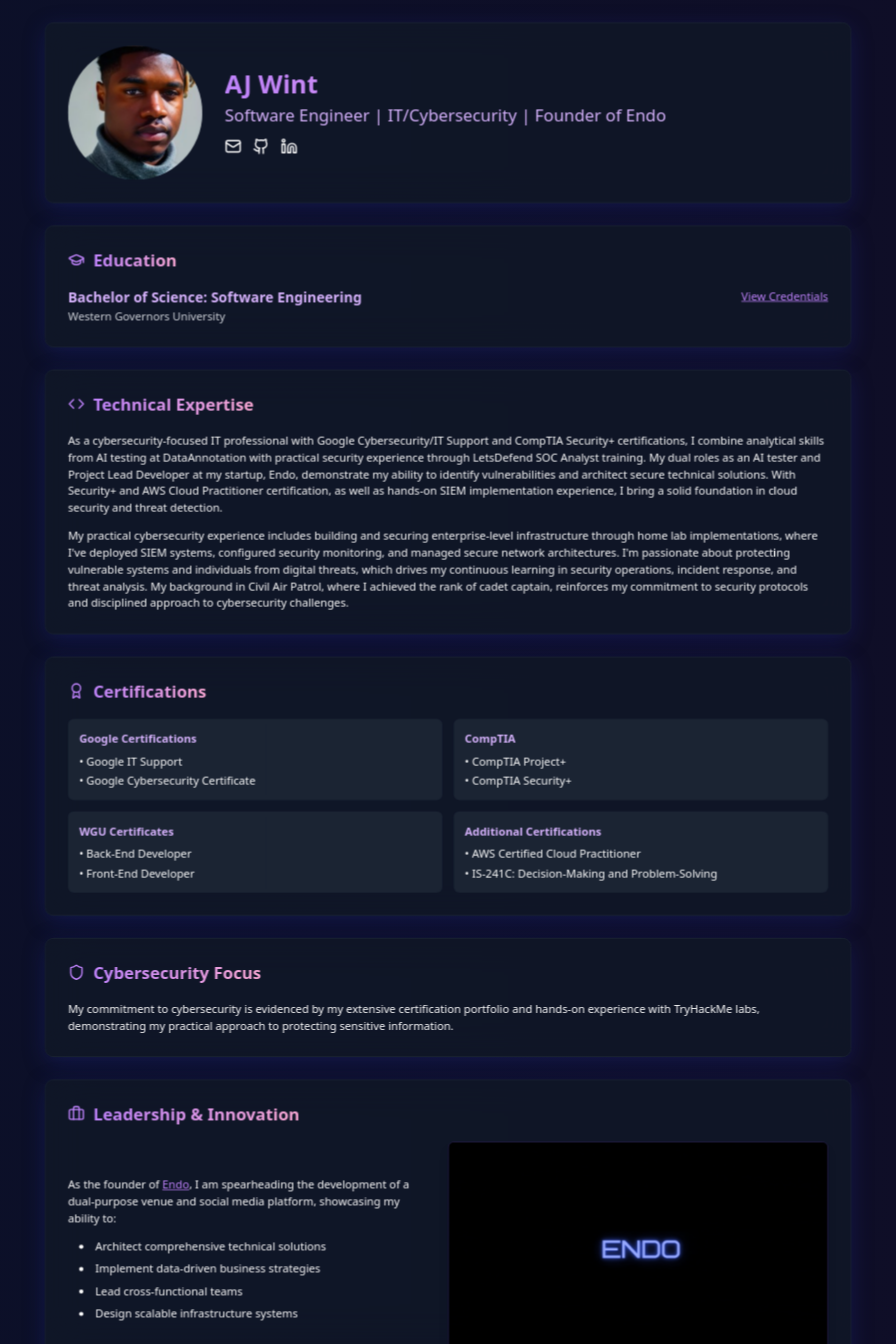
Repository: ajwint-cs/SWE-Cover-Letter
Page: /
The author's editor kept a copy of each file at every save. The page is drawn from the files as they stood at one save, then again after the next save.
The browser window is 1280 px wide. The pictures show the part of the page from y = 0 to 1920 px (the page is 3596 px tall), at 70% of full size.
The project was rebuilt for these pictures with package versions that can differ from the ones it lists, and the page was loaded fresh each time. Also part of the build but not shown: vite.config.ts.

Above is the page before, as saved 2025-05-06 18:42:39.

### index.html
<!doctype html>
<html lang="en">
  <head>
    <meta charset="UTF-8" />
    <link rel="icon" type="image/svg+xml" href="/vite.svg" />
    <meta name="viewport" content="width=device-width, initial-scale=1.0" />
    <title>AJ: Software Engineer and Entrepreneur</title>
  </head>
  <body>
    <div id="root"></div>
    <script type="module" src="/src/main.tsx"></script>
  </body>
</html>

### src/App.tsx
import {
  Github,
  Mail,
  Linkedin,
  Award,
  Code,
  Shield,
  Briefcase,
  GraduationCap,
  Monitor,
} from "lucide-react";
import profileImage from "./assets/1690407207382.jpeg";
import endoBanner from "./assets/Endo (Youtube Banner).gif";

function App() {
  return (
    <div className="min-h-screen bg-black text-white p-8 relative overflow-hidden">
      {/* Animated gradient background */}
      <div className="absolute inset-0 bg-gradient-to-r from-purple-900/30 via-blue-900/30 to-indigo-900/30 animate-gradient-xy"></div>

      <div className="max-w-6xl mx-auto space-y-8 relative">
        {/* Profile Section */}
        <div className="backdrop-blur-xl bg-gray-900/80 rounded-xl p-8 shadow-[0_8px_32px_0_rgba(31,38,135,0.37)] border border-gray-800 hover:bg-gray-800/80 transition-all duration-300">
          <div className="flex flex-col md:flex-row items-center gap-8">
            <div className="relative group">
              <div className="w-48 h-48 rounded-full overflow-hidden transform transition-transform duration-300 group-hover:scale-105 group-hover:rotate-3">
                <img
                  src={profileImage}
                  alt="Profile"
                  className="w-full h-full object-cover"
                />
              </div>
            </div>
            <div className="flex-1 text-center md:text-left">
              <h1 className="text-4xl font-bold bg-gradient-to-r from-purple-400 to-pink-300 bg-clip-text text-transparent mb-2">
                AJ Wint
              </h1>
              <h2 className="text-2xl text-purple-300 mb-4">
                Software Engineer | IT/Cybersecurity | Founder of Endo
              </h2>
              <div className="flex gap-4 justify-center md:justify-start">
                <a
                  href="mailto:Ajwint.cs@gmail.com"
                  className="hover:text-purple-400 transition-colors transform hover:scale-110"
                >
                  <Mail className="w-6 h-6" />
                </a>
                <a
                  href="https://github.com/MDZAJ-exe"
                  className="hover:text-purple-400 transition-colors transform hover:scale-110"
                >
                  <Github className="w-6 h-6" />
                </a>
                <a
                  href="https://linkedin.com/in/aj-in-cs"
                  className="hover:text-purple-400 transition-colors transform hover:scale-110"
                >
                  <Linkedin className="w-6 h-6" />
                </a>
              </div>
            </div>
          </div>
        </div>

        {/* Education Section */}
        <div className="backdrop-blur-xl bg-gray-900/80 rounded-xl p-8 shadow-[0_8px_32px_0_rgba(31,38,135,0.37)] border border-gray-800 hover:bg-gray-800/80 transition-all duration-300">
          <div className="flex items-center gap-3 mb-6">
            <GraduationCap className="w-6 h-6 text-purple-400" />
            <h2 className="text-2xl font-bold bg-gradient-to-r from-purple-400 to-pink-300 bg-clip-text text-transparent">
              Education
            </h2>
          </div>
          <div className="space-y-4">
            <div className="flex flex-col md:flex-row justify-between items-start">
              <div>
                <h3 className="text-xl font-semibold text-purple-300">
                  Bachelor of Science: Software Engineering
                </h3>
                <p className="text-gray-300">Western Governors University</p>
              </div>
              <a
                href="https://www.linkedin.com/in/aj-in-cs/details/certifications/"
                target="_blank"
                rel="noopener noreferrer"
                className="text-purple-400 hover:text-purple-300 underline mt-2 md:mt-0"
              >
                View Credentials
              </a>
            </div>
          </div>
        </div>

        {/* Technical Expertise Section */}
        <div className="backdrop-blur-xl bg-gray-900/80 rounded-xl p-8 shadow-[0_8px_32px_0_rgba(31,38,135,0.37)] border border-gray-800 hover:bg-gray-800/80 transition-all duration-300">
          <div className="flex items-center gap-3 mb-6">
            <Code className="w-6 h-6 text-purple-400" />
            <h2 className="text-2xl font-bold bg-gradient-to-r from-purple-400 to-pink-300 bg-clip-text text-transparent">
              Technical Expertise
            </h2>
          </div>
          <div className="space-y-4">
            <p>
              {" "}
              As a cybersecurity-focused IT professional with Google
              Cybersecurity/IT Support and CompTIA Security+ certifications, I
              combine analytical skills from AI testing at DataAnnotation with
              practical security experience through LetsDefend SOC Analyst
              training. My dual roles as an AI tester and Project Lead Developer
              at my startup, Endo, demonstrate my ability to identify
              vulnerabilities and architect secure technical solutions. With
              Security+ and AWS Cloud Practitioner certification, as well as
              hands-on SIEM implementation experience, I bring a solid
              foundation in cloud security and threat detection.{" "}
            </p>{" "}
            <p>
              {" "}
              My practical cybersecurity experience includes building and
              securing enterprise-level infrastructure through home lab
              implementations, where I've deployed SIEM systems, configured
              security monitoring, and managed secure network architectures. I'm
              passionate about protecting vulnerable systems and individuals
              from digital threats, which drives my continuous learning in
              security operations, incident response, and threat analysis. My
              background in Civil Air Patrol, where I achieved the rank of cadet
              captain, reinforces my commitment to security protocols and
              disciplined approach to cybersecurity challenges.{" "}
            </p>
          </div>
        </div>

        {/* Certifications Section */}
        <div className="backdrop-blur-xl bg-gray-900/80 rounded-xl p-8 shadow-[0_8px_32px_0_rgba(31,38,135,0.37)] border border-gray-800 hover:bg-gray-800/80 transition-all duration-300">
          <div className="flex items-center gap-3 mb-6">
            <Award className="w-6 h-6 text-purple-400" />
            <h2 className="text-2xl font-bold bg-gradient-to-r from-purple-400 to-pink-300 bg-clip-text text-transparent">
              Certifications
            </h2>
          </div>
          <div className="grid grid-cols-1 md:grid-cols-2 gap-4">
            <div className="p-4 bg-gray-800/80 rounded-lg transform transition-all duration-300 hover:scale-105 hover:bg-gray-700/80 hover:shadow-lg cursor-pointer">
              <h3 className="font-semibold text-purple-300">
                Google Certifications
              </h3>
              <ul className="mt-2 space-y-1">
                <li>• Google IT Support</li>
                <li>• Google Cybersecurity Certificate</li>
              </ul>
            </div>
            <div className="p-4 bg-gray-800/80 rounded-lg transform transition-all duration-300 hover:scale-105 hover:bg-gray-700/80 hover:shadow-lg cursor-pointer">
              <h3 className="font-semibold text-purple-300">CompTIA</h3>
              <ul className="mt-2 space-y-1">
                <li>• CompTIA Project+</li>
                <li>• CompTIA Security+</li>
              </ul>
            </div>
            <div className="p-4 bg-gray-800/80 rounded-lg transform transition-all duration-300 hover:scale-105 hover:bg-gray-700/80 hover:shadow-lg cursor-pointer">
              <h3 className="font-semibold text-purple-300">
                WGU Certificates
              </h3>
              <ul className="mt-2 space-y-1">
                <li>• Back-End Developer</li>
                <li>• Front-End Developer</li>
              </ul>
            </div>
            <div className="p-4 bg-gray-800/80 rounded-lg transform transition-all duration-300 hover:scale-105 hover:bg-gray-700/80 hover:shadow-lg cursor-pointer">
              <h3 className="font-semibold text-purple-300">
                Additional Certifications
              </h3>
              <ul className="mt-2 space-y-1">
                <li>• AWS Certified Cloud Practitioner</li>
                <li>• IS-241C: Decision-Making and Problem-Solving</li>
              </ul>
            </div>
          </div>
        </div>

        {/* Cybersecurity Focus */}
        <div className="backdrop-blur-xl bg-gray-900/80 rounded-xl p-8 shadow-[0_8px_32px_0_rgba(31,38,135,0.37)] border border-gray-800 hover:bg-gray-800/80 transition-all duration-300">
          <div className="flex items-center gap-3 mb-6">
            <Shield className="w-6 h-6 text-purple-400" />
            <h2 className="text-2xl font-bold bg-gradient-to-r from-purple-400 to-pink-300 bg-clip-text text-transparent">
              Cybersecurity Focus
            </h2>
          </div>
          <div className="space-y-4">
            <p>
              My commitment to cybersecurity is evidenced by my extensive
              certification portfolio and hands-on experience with TryHackMe
              labs, demonstrating my practical approach to protecting sensitive
              information.
            </p>
          </div>
        </div>

        {/* Leadership & Innovation */}
        <div className="backdrop-blur-xl bg-gray-900/80 rounded-xl p-8 shadow-[0_8px_32px_0_rgba(31,38,135,0.37)] border border-gray-800 hover:bg-gray-800/80 transition-all duration-300">
          <div className="flex items-center gap-3 mb-6">
            <Briefcase className="w-6 h-6 text-purple-400" />
            <h2 className="text-2xl font-bold bg-gradient-to-r from-purple-400 to-pink-300 bg-clip-text text-transparent">
              Leadership & Innovation
            </h2>
          </div>
          <div className="space-y-4">
            <div className="flex flex-col md:flex-row gap-8 items-center">
              <div className="flex-1 space-y-4">
                <p>
                  As the founder of{" "}
                  <a
                    href="https://endoexe.netlify.app/"
                    className="text-purple-400 hover:text-purple-300 underline"
                    target="_blank"
                    rel="noopener noreferrer"
                  >
                    Endo
                  </a>
                  , I am spearheading the development of a dual-purpose venue
                  and social media platform, showcasing my ability to:
                </p>
                <ul className="list-disc list-inside space-y-2 ml-4">
                  <li>Architect comprehensive technical solutions</li>
                  <li>Implement data-driven business strategies</li>
                  <li>Lead cross-functional teams</li>
                  <li>Design scalable infrastructure systems</li>
                </ul>
              </div>
              <div className="w-full md:w-1/2">
                <img
                  src={endoBanner}
                  alt="Endo Logo Animation"
                  className="w-full rounded-lg shadow-lg border border-purple-500/20"
                />
              </div>
            </div>
          </div>
        </div>
        {/* Projects Section - Add this after Leadership & Innovation */}
        <div className="backdrop-blur-xl bg-gray-900/80 rounded-xl p-8 shadow-[0_8px_32px_0_rgba(31,38,135,0.37)] border border-gray-800 hover:bg-gray-800/80 transition-all duration-300">
          <div className="flex items-center gap-3 mb-6">
            <Monitor className="w-6 h-6 text-purple-400" />
            <h2 className="text-2xl font-bold bg-gradient-to-r from-purple-400 to-pink-300 bg-clip-text text-transparent">
              Projects
            </h2>
          </div>
          {/* LetsDefend SOC Analyst Training */}
          <div className="mb-8 p-6 bg-gray-800/50 rounded-lg hover:bg-gray-800/70 transition-all duration-300">
            <div className="flex justify-between items-start mb-4">
              <h3 className="text-xl font-semibold text-purple-300">
                LetsDefend SOC Analyst Training
              </h3>
              <span className="text-gray-400">Feb 2025 - Present</span>
            </div>
            <ul className="space-y-3 text-gray-300">
              <li className="flex gap-2">
                <span className="text-purple-400">•</span>
                <span>
                  Hands-on Security Incident Response: Completed comprehensive
                  SOC Analyst training with real-world security scenarios and
                  incident response simulations. Practiced incident response
                  procedures including containment, eradication, and recovery
                  while creating detailed security incident reports documenting
                  findings, analysis, and remediation steps.
                </span>
              </li>
              <li className="flex gap-2">
                <span className="text-purple-400">•</span>
                <span>
                  Threat Detection and Analysis: Analyzed network traffic,
                  system logs, and security alerts to identify and classify
                  potential threats including phishing attempts, SQL injection
                  attacks, and malware infections. Developed proficiency in
                  establishing attack timelines and understanding attacker
                  methodologies.
                </span>
              </li>
              <li className="flex gap-2">
                <span className="text-purple-400">•</span>
                <span>
                  SIEM Tool Implementation: Utilized Security Information and
                  Event Management (SIEM) tools to correlate security events
                  across multiple systems and network segments. Enhanced skills
                  in log analysis, alert triage, and security event correlation
                  to identify sophisticated attack patterns and potential
                  security breaches.
                </span>
              </li>
            </ul>
            <div className="mt-4 flex flex-wrap gap-2">
              <span className="px-3 py-1 bg-purple-900/50 rounded-full text-sm text-purple-300">
                Security Information and Event Management (SIEM)
              </span>
              <span className="px-3 py-1 bg-purple-900/50 rounded-full text-sm text-purple-300">
                Incident Response
              </span>
              <span className="px-3 py-1 bg-purple-900/50 rounded-full text-sm text-purple-300">
                Threat Detection
              </span>
              <span className="px-3 py-1 bg-purple-900/50 rounded-full text-sm text-purple-300">
                Security and Log Analysis
              </span>
              <span className="px-3 py-1 bg-purple-900/50 rounded-full text-sm text-purple-300">
                Network Security Monitoring
              </span>
            </div>
          </div>

          {/* SIEM Project */}
          <div className="mb-8 p-6 bg-gray-800/50 rounded-lg hover:bg-gray-800/70 transition-all duration-300">
            <div className="flex justify-between items-start mb-4">
              <h3 className="text-xl font-semibold text-purple-300">
                SIEM Mini-Home Lab
              </h3>
              <span className="text-gray-400">Oct 2024 - Present</span>
            </div>
            <ul className="space-y-3 text-gray-300">
              <li className="flex gap-2">
                <span className="text-purple-400">•</span>
                <span>
                  Elastic Stack SIEM Configuration and Management: Successfully
                  set up and configured Elastic Stack SIEM in a home lab
                  environment. Demonstrated proficiency in deploying a Kali
                  Linux VM, configuring Elastic Agents for log collection, and
                  forwarding data to the SIEM for effective security event
                  monitoring.
                </span>
              </li>
              <li className="flex gap-2">
                <span className="text-purple-400">•</span>
                <span>
                  Security Event Simulation and Analysis: Acquired hands-on
                  experience in generating and analyzing security events using
                  Nmap on Kali Linux. Proficient in querying Elastic SIEM to
                  identify and investigate security incidents, enhancing skills
                  in network security monitoring and threat detection.
                </span>
              </li>
              <li className="flex gap-2">
                <span className="text-purple-400">•</span>
                <span>
                  Visualization and Alerting in SIEM: Developed a custom
                  dashboard in Elastic SIEM to visualize security events,
                  demonstrating skills in data interpretation and pattern
                  recognition. Successfully created and tested alert rules for
                  detecting specific security events, showing competency in
                  proactive incident response and alert management.
                </span>
              </li>
            </ul>
            <div className="mt-4 flex flex-wrap gap-2">
              <span className="px-3 py-1 bg-purple-900/50 rounded-full text-sm text-purple-300">
                Security Information and Event Management (SIEM)
              </span>
              <span className="px-3 py-1 bg-purple-900/50 rounded-full text-sm text-purple-300">
                Elastic Stack (ELK)
              </span>
              <span className="px-3 py-1 bg-purple-900/50 rounded-full text-sm text-purple-300">
                Automated Alerts
              </span>
            </div>
          </div>

          {/* Capstone Project */}
          <div className="p-6 bg-gray-800/50 rounded-lg hover:bg-gray-800/70 transition-all duration-300">
            <div className="flex justify-between items-start mb-4">
              <div>
                <h3 className="text-xl font-semibold text-purple-300">
                  Software Engineering Capstone Project
                </h3>
                <p className="text-gray-400">Western Governors University</p>
              </div>
              <span className="text-gray-400">Aug 2024 - Oct 2024</span>
            </div>
            <p className="mb-4 text-gray-300">
              This project involved developing a robust Inventory Management
              System using Spring Boot, designed to manage products and parts
              through a dynamic and user-friendly web interface.
            </p>
            <div className="mb-4">
              <h4 className="text-lg font-semibold text-purple-300 mb-2">
                Key Contributions:
              </h4>
              <ul className="space-y-2 text-gray-300">
                <li className="flex gap-2">
                  <span className="text-purple-400">•</span>
                  <span>
                    Developed an Inventory Management System using Spring Boot,
                    managing products and parts in a user-friendly web
                    interface.
                  </span>
                </li>
                <li className="flex gap-2">
                  <span className="text-purple-400">•</span>
                  <span>
                    Utilized Spring Data JPA and Thymeleaf for efficient data
                    handling and dynamic UI generation.
                  </span>
                </li>
                <li className="flex gap-2">
                  <span className="text-purple-400">•</span>
                  <span>
                    Implemented validation and error handling for product and
                    part management, ensuring data integrity.
                  </span>
                </li>
                <li className="flex gap-2">
                  <span className="text-purple-400">•</span>
                  <span>
                    Leveraged Heroku and Docker to containerize and deploy the
                    application to the cloud.
                  </span>
                </li>
              </ul>
            </div>
            <a
              href="https://github.com/mdzaj-exe/cybersecurity-portfolio/tree/main/Web%20Development%20Projects/Spring-PC%20Shop%20Web%20App"
              target="_blank"
              rel="noopener noreferrer"
              className="inline-flex items-center gap-2 text-purple-400 hover:text-purple-300 transition-colors"
            >
              <Github className="w-4 h-4" />
              <span>View on GitHub</span>
            </a>
          </div>
        </div>
        {/* Closing Section */}
        <div className="backdrop-blur-xl bg-gray-900/80 rounded-xl p-8 shadow-[0_8px_32px_0_rgba(31,38,135,0.37)] border border-gray-800 hover:bg-gray-800/80 transition-all duration-300">
          <div className="space-y-4">
            <p>
              I am confident that my technical expertise, security focus, and
              entrepreneurial mindset would make me a valuable addition to your
              team. I look forward to discussing how my skills align with your
              organization's needs.
            </p>
            <p className="mt-6">
              Best regards,
              <br />
              AJ Wint
            </p>
          </div>
        </div>
      </div>
    </div>
  );
}

export default App;

### src/index.css
@tailwind base;
@tailwind components;
@tailwind utilities;

@keyframes gradient-xy {
  0%, 100% {
    background-size: 400% 400%;
    background-position: left top;
  }
  25% {
    background-size: 400% 400%;
    background-position: right top;
  }
  50% {
    background-size: 400% 400%;
    background-position: right bottom;
  }
  75% {
    background-size: 400% 400%;
    background-position: left bottom;
  }
}

.animate-gradient-xy {
  animation: gradient-xy 15s ease infinite;
}

Loaded but not shown: src/main.tsx (common file); tailwind.config.js (common file)

After the next save:
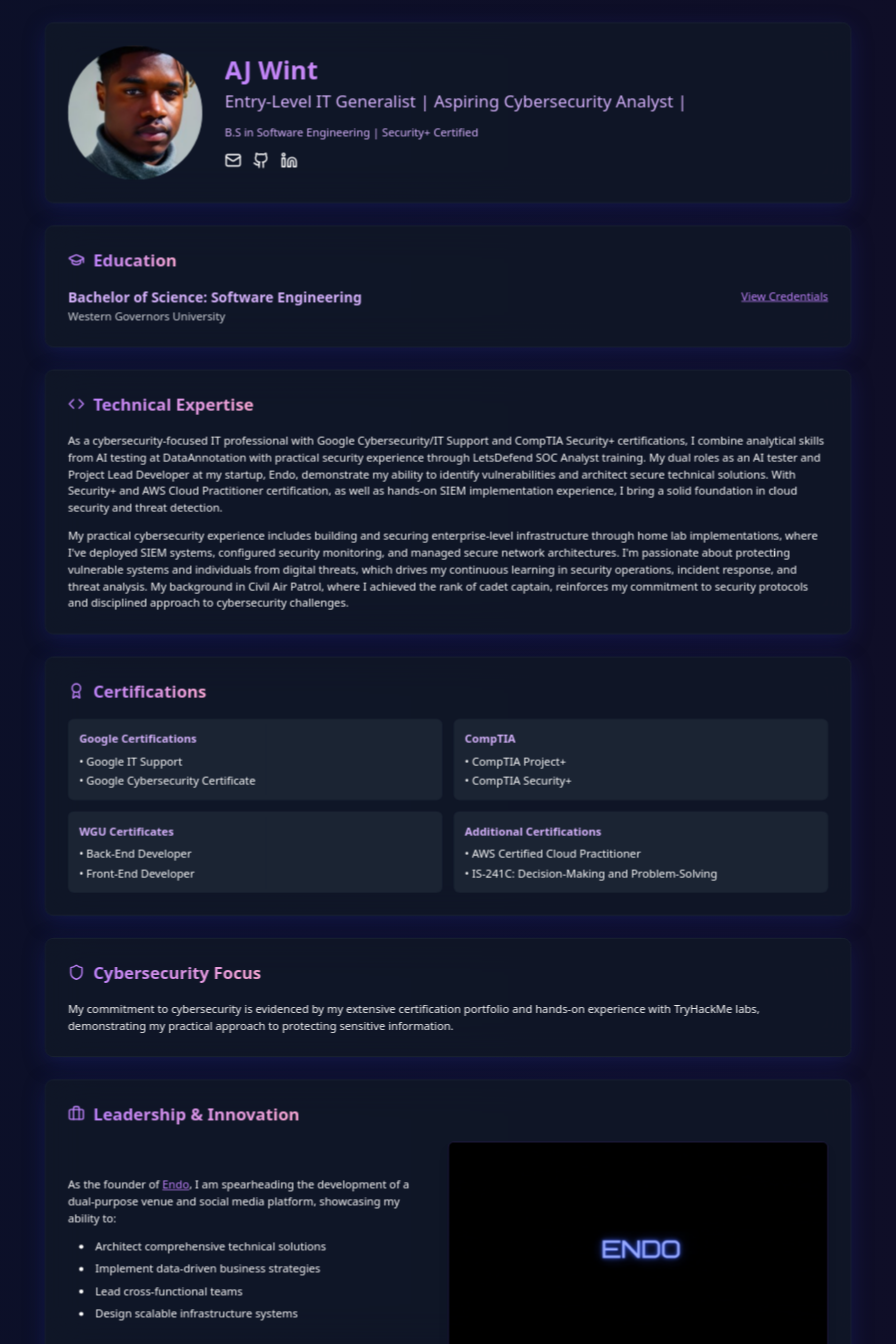
Saved 11 min 38 s later.
--- a/src/App.tsx
+++ b/src/App.tsx
@@ -36,8 +36,11 @@
                 AJ Wint
               </h1>
               <h2 className="text-2xl text-purple-300 mb-4">
-                Software Engineer | IT/Cybersecurity | Founder of Endo
+                Entry-Level IT Generalist | Aspiring Cybersecurity Analyst |
               </h2>
+              <h3 className="text-1xl text-purple-300 mb-4">
+                B.S in Software Engineering | Security+ Certified
+              </h3>
               <div className="flex gap-4 justify-center md:justify-start">
                 <a
                   href="mailto:Ajwint.cs@gmail.com"
